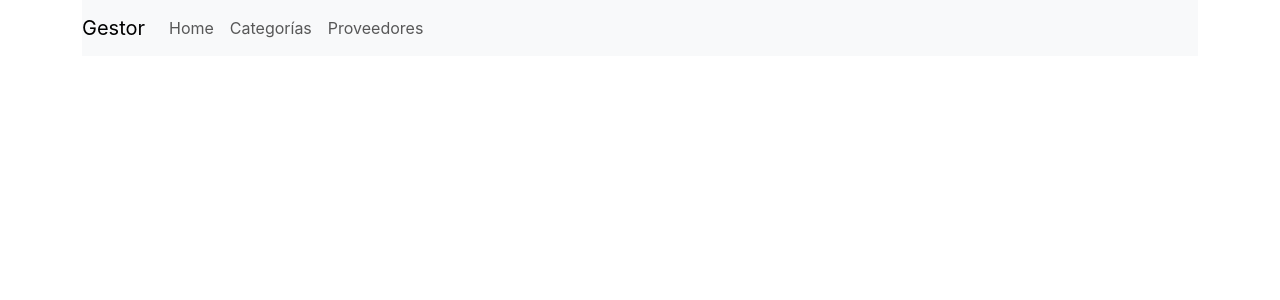
Repository: SantiagoGuaman/gestor-app
Page: /providers
The author's editor kept a copy of each file at every save. The page is drawn from the files as they stood at one save, then again after the next save.
The browser window is 1280 px wide. The pictures show the whole page.
The project was rebuilt for these pictures with package versions that can differ from the ones it lists, and the page was loaded fresh each time. Also part of the build but not shown: src/App.css, src/Categories/GetDataCategories.js, src/Proveedores/GetDataProviders.js, src/HomePage/HomePage.js.

Above is the page before, as saved 2024-02-14 09:45:49.

### public/index.html
<!DOCTYPE html>
<html lang="en">
  <head>
    <meta charset="utf-8" />
    <link rel="icon" href="%PUBLIC_URL%/favicon.ico" />
    <meta name="viewport" content="width=device-width, initial-scale=1" />
    <meta name="theme-color" content="#000000" />
    <meta
      name="description"
      content="Web site created using create-react-app"
    />
    <link rel="apple-touch-icon" href="%PUBLIC_URL%/logo192.png" />
    <!--
      manifest.json provides metadata used when your web app is installed on a
      user's mobile device or desktop. See https://developers.google.com/web/fundamentals/web-app-manifest/
    -->
    <link href="https://cdn.jsdelivr.net/npm/bootstrap@5.3.2/dist/css/bootstrap.min.css" rel="stylesheet" integrity="sha384-T3c6CoIi6uLrA9TneNEoa7RxnatzjcDSCmG1MXxSR1GAsXEV/Dwwykc2MPK8M2HN" crossorigin="anonymous">
    <link rel="manifest" href="%PUBLIC_URL%/manifest.json" />
    <!--
      Notice the use of %PUBLIC_URL% in the tags above.
      It will be replaced with the URL of the `public` folder during the build.
      Only files inside the `public` folder can be referenced from the HTML.

      Unlike "/favicon.ico" or "favicon.ico", "%PUBLIC_URL%/favicon.ico" will
      work correctly both with client-side routing and a non-root public URL.
      Learn how to configure a non-root public URL by running `npm run build`.
    -->
    <title>Gestor APP</title>
  </head>
  <body>
    <noscript>You need to enable JavaScript to run this app.</noscript>
    <div id="root"></div>
    <!--
      This HTML file is a template.
      If you open it directly in the browser, you will see an empty page.

      You can add webfonts, meta tags, or analytics to this file.
      The build step will place the bundled scripts into the <body> tag.

      To begin the development, run `npm start` or `yarn start`.
      To create a production bundle, use `npm run build` or `yarn build`.
    -->
  </body>
  <script src="https://cdn.jsdelivr.net/npm/bootstrap@5.3.2/dist/js/bootstrap.bundle.min.js" integrity="sha384-C6RzsynM9kWDrMNeT87bh95OGNyZPhcTNXj1NW7RuBCsyN/o0jlpcV8Qyq46cDfL" crossorigin="anonymous"></script>
</html>

### src/App.js
import { BrowserRouter, Route, Routes } from 'react-router-dom';
import './App.css';
import GetDataCategories from './Categories/GetDataCategories';
import NavBar from './NavBar/NavBar';
import GetDataProviders from './Proveedores/GetDataProviders';
import HomePage from './HomePage/HomePage';

function App() {
  return (
    <div className="container">
      <BrowserRouter>
        <NavBar>
          <Routes>
            <Route exact path="/" element={<HomePage />}></Route>
            <Route exact path="/categories" element={<GetDataCategories />}></Route>
            <Route exact path="/providers" element={<GetDataProviders />}></Route>
          </Routes>
        </NavBar>
      </BrowserRouter>
    </div>
  );
}

export default App;

### src/NavBar/NavBar.js
import React from 'react'
import { Link } from 'react-router-dom'

function NavBar() {
    return (
        <nav className="navbar navbar-expand-lg navbar-light bg-light">
            <Link className="navbar-brand" to="/">Gestor</Link>
            <button className="navbar-toggler" type="button" data-toggle="collapse" data-target="#navbarNav" aria-controls="navbarNav" aria-expanded="false" aria-label="Toggle navigation">
                <span className="navbar-toggler-icon"></span>
            </button>
            <div className="collapse navbar-collapse" id="navbarNav">
                <ul className="navbar-nav">
                    <li className="nav-item active">
                        <Link className="nav-link" to="/">Home</Link>
                    </li>
                    <li className="nav-item">
                        <Link className="nav-link" to="/categories">Categorías</Link>
                    </li>
                    <li className="nav-item">
                        <Link className="nav-link" to="/providers">Proveedores</Link>
                    </li>
                </ul>
            </div>
        </nav>
    )
}

export default NavBar

Loaded but not shown: src/index.js (common file); src/index.css (common file); src/reportWebVitals.js (common file)

After the next save:
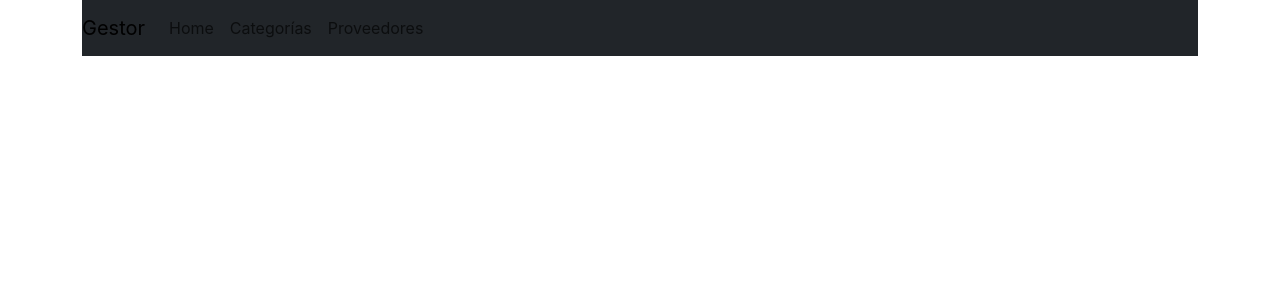
Saved 7 min 3 s later.
--- a/src/NavBar/NavBar.js
+++ b/src/NavBar/NavBar.js
@@ -3,7 +3,7 @@ import { Link } from 'react-router-dom'
 
 function NavBar() {
     return (
-        <nav className="navbar navbar-expand-lg navbar-light bg-light">
+        <nav className="navbar navbar-expand-lg navbar-light bg-dark">
             <Link className="navbar-brand" to="/">Gestor</Link>
             <button className="navbar-toggler" type="button" data-toggle="collapse" data-target="#navbarNav" aria-controls="navbarNav" aria-expanded="false" aria-label="Toggle navigation">
                 <span className="navbar-toggler-icon"></span>
